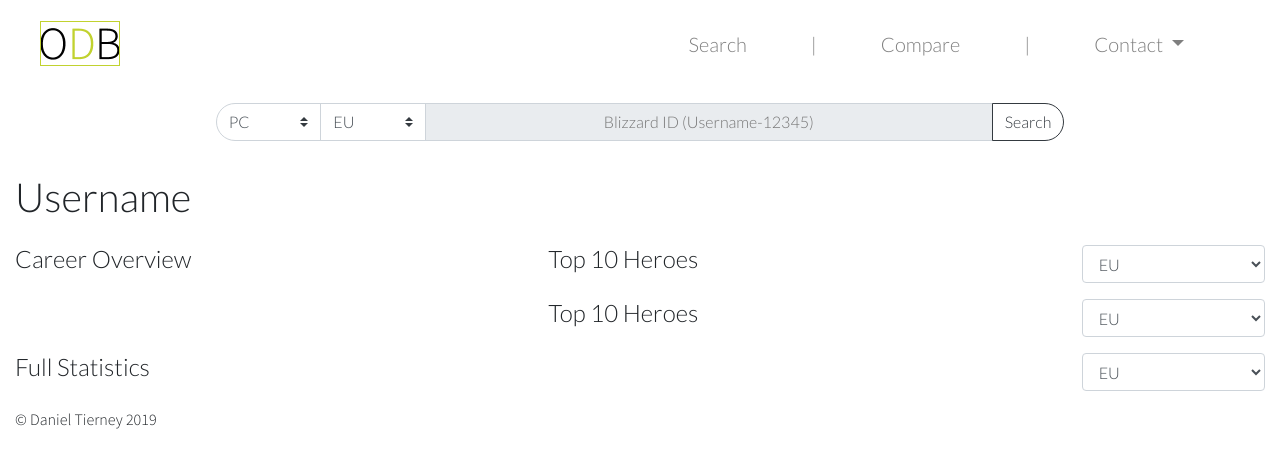
Repository: Cobonkoi/overwatch-dashboard
Page: search.html
The author's editor kept a record of every edit. The page is drawn from the files as they stood at one moment, then again after the next edit.
The browser window is 1280 px wide. The pictures show the whole page.

Above is the page before.

### search.html
<!DOCTYPE html>
<html lang="en">

<head>
    <meta charset="UTF-8">
    <meta name="viewport" content="width=device-width, initial-scale=1.0">
    <meta http-equiv="X-UA-Compatible" content="ie=edge">
    <title>Overwatch Dashboard</title>
    <link rel="stylesheet" href="libraries/bootstrap.min.css" type="text/css" />
    <link rel="stylesheet" href="https://stackpath.bootstrapcdn.com/font-awesome/4.7.0/css/font-awesome.min.css" type="text/css" />
    <link href="https://fonts.googleapis.com/css?family=Lato:300|Source+Sans+Pro:300&display=swap" rel="stylesheet">
    <link rel="stylesheet" href="assets/css/style.css" type="text/css" />
</head>

<body>
    <!-- NAVBAR -->
    <nav class="navbar navbar-expand-sm navbar-light my-2">
        <a href="index.html" class="navbar-brand ml-4"><img src="assets/images/brand-image.png" alt="Website Logo" width="80" height="45"></a>

        <button class="navbar-toggler ml-auto" type="button" data-toggle="collapse" data-target="#navbarNavDropdown" aria-controls="navbarNavDropdown" aria-expanded="false" aria-label="Toggle navigation">
            <span class="navbar-toggler-icon"></span></button>

        <div class="collapse navbar-collapse" id="navbarNavDropdown">
            <ul class="navbar-nav ml-auto mr-4">
                <li class="nav-item mr-5"><a class="nav-link" href="search.html">Search</a></li>
                <li class="mr-5 d-none d-sm-block"><a class="nav-link">|</a></li>
                <li class="nav-item mr-5"><a class="nav-link" href="compare.html">Compare</a></li>
                <li class="mr-5 d-none d-sm-block"><a class="nav-link">|</a></li>
                <li class="nav-item dropdown mr-5">
                    <a class="nav-link dropdown-toggle" href="" id="navbarDropdownMenuLink" role="button" data-toggle="dropdown" aria-haspopup="true" aria-expanded="false">
                      Contact
                    </a>
                    <div class="dropdown-menu" aria-labelledby="navbarDropdownMenuLink">
                        <a class="dropdown-item" href="featurerequest.html">Feature Request</a>
                        <a class="dropdown-item" href="bugreport.html">Bug Report</a>
                    </div>
                </li>
            </ul>
        </div>
    </nav>
    <!-- /NAVBAR -->

    <!-- SEARCH -->
    <div class="container search-container text-center d-none d-sm-block">
        <div class="row">
            <div class="col-12 my-3">
                <form class="form-inline" id="searchForm">
                    <div class="input-group mb-3 mx-auto">
                        <select class="custom-select rounded-left--search" id="searchFormPlatform" onchange="changeUsernamePlaceholder(); changeRegionHidden();">
                            <option disabled>Platform...</option>
                            <option value="pc">PC</option>
                            <option value="psn">PS4</option>
                            <option value="xbl">Xbox</option>
                        </select>
                        <select class="custom-select" id="searchFormRegion">
                            <option disabled>Region...</option>
                            <option value="eu">EU</option>
                            <option value="us">US</option>
                            <option value="asia">Asia</option>
                        </select>
                        <div class="input-group-append">
                            <input type="text" class="input-group-text" id="searchFormUsername" placeholder="Blizzard ID (Username-12345)" size="65" required>
                        </div>
                        <div class="input-group-append">
                            <button type="submit" class="btn btn-outline-dark rounded-right--search" form="searchForm">Search</button>                        </div>
                        </div>
                    </div>
                </form>
            </div>
        </div>
    </div>
    <!-- /SEARCH -->

        <!-- SEARCH-MOBILE -->
    <div class="container search-container text-center d-sm-none">
        <div class="row">
            <div class="col-12">
                <form class="form-group" id="searchFormMobile">
                    <div class="mb-3 mx-auto">
                        <select class="form-control my-4" id="searchFormPlatformMobile" onchange="changeUsernamePlaceholderMobile(); changeRegionHiddenMobile();">
                            <option disabled>Platform...</option>
                            <option value="pc">PC</option>
                            <option value="psn">PS4</option>
                            <option value="xbl">Xbox</option>
                        </select>
                        <select class="form-control my-4" id="searchFormRegionMobile">
                            <option disabled>Region...</option>
                            <option value="eu">EU</option>
                            <option value="us">US</option>
                            <option value="asia">Asia</option>
                        </select>
                        <div class="input-group-append my-4">
                            <input type="text" class="form-control" id="searchFormUsernameMobile" placeholder="Blizzard ID (Username-12345)" required>
                        </div>
                    </div>
                </form>
            </div>
        </div>
    </div>

    <div class="container-fluid text-center before-footer d-sm-none">
        <div class="row">
            <div class="col-12 mb-5">
                <button type="submit" class="btn btn-outline-dark btn-rounded btn--search" form="searchFormMobile">Search</button>
            </div>
        </div>
    </div>
    <!-- /SEARCH MOBILE -->

    <!-- HEADER -->
    <div class="container-fluid search-header-container">
        <div class="row">
            <div class="col-12 mb-3">
                <h1 class="" id="">Username</h1>
            </div>
        </div>
    </div>
    <!-- /HEADER -->

    <!-- CAREER OVERVIEW -->
    <div class="container-fluid career-overview-container">
        <div class="row">
            <div class="col-5 mb-3">
                <h4 class="" id="">Career Overview</h4>
            </div>
            <div class="col-5 mb-3">
                <h4 class="" id="">Top 10 Heroes</h4>
            </div>
            <div class="col-2 mb-3">
                <select class="form-control" id="">
                    <option disabled>Region...</option>
                    <option value="eu">EU</option>
                    <option value="us">US</option>
                    <option value="asia">Asia</option>
                </select>
            </div>
        </div>
        <div class="row">
            <div class="col-5 mb-3">
                <!-- overview table -->
            </div>
            <div class="col-5 mb-3">
                <h4 class="" id="">Top 10 Heroes</h4>
            </div>
            <div class="col-2 mb-3">
                <select class="form-control" id="">
                    <option disabled>Region...</option>
                    <option value="eu">EU</option>
                    <option value="us">US</option>
                    <option value="asia">Asia</option>
                </select>
            </div>
        </div>
    </div>
    <!-- /CAREER OVERVIEW -->

    <!-- FULL STATISTICS -->
    <div class="container-fluid search-header-container">
        <div class="row">
            <div class="col-10 mb-3">
                <h4 class="" id="">Full Statistics</h4>
            </div>
            <div class="col-2 mb-3">
                <select class="form-control" id="">
                    <option disabled>Region...</option>
                    <option value="eu">EU</option>
                    <option value="us">US</option>
                    <option value="asia">Asia</option>
                </select>
            </div>
        </div>
    </div>
    <!-- /FULL STATISTICS -->


    <!-- <div class="container-fluid">
        <div class="row">
            <div class="col-12">
                <div>Games: </div>
                <div id="stat-games"></div><br>
                <div>Test Usernames: <br> Zael-2375 (PC, EU)<br> Sharpy-2695 (PC, EU)<br> MLGesus-21679 (PC, EU)<br> LicensedCntrctr (Xbox, US)<br> Ignortion (PS4, US)<br> NekoGirlMx (PS4, Asia)<br> shon bilinkis (Xbox, Asia)</div>
            </div>
        </div>
    </div> /-->

    <!-- FOOTER -->
    <footer class="footer">
        <div class="container-fluid">
            <div class="row">
                <div class="col-12 text-left">
                    <p>© Daniel Tierney 2019</p>
                </div>
            </div>
        </div>
    </footer>
    <!-- /FOOTER -->

    <!-- SCRIPTS -->
    <script src="libraries/jquery.slim.min.js"></script>
    <script src="libraries/bootstrap.bundle.min.js"></script>
    <script src="assets/javascript/main.js"></script>
    <!-- /SCRIPTS -->

</body>
</html>

### assets/css/style.css
html,
body {
    height: 100%;
}

body {
    font-family: 'Lato', sans-serif;
    display: flex;
    flex-direction: column;
}

p {
    font-family: 'Source Sans Pro', sans-serif;
}

/* -- NAVBAR -- */

.navbar-nav {
    font-size: 1.25rem;
}

/* -- FOOTER -- */

.before-footer {
    flex: 1 0 auto;
}

.footer {
    flex-shrink: 0;
}

/* -- CONTAINERS -- */

.callout-container {
    height: 30vh;

    display: flex;
    align-items: flex-end;
    justify-content: center;
}

.reminder-container {
    align-items: center;
    justify-content: center;
}

.search-container {
    align-items: center;
    justify-content: center;
}

/* -- FORM ASSETS -- */



/* -- BUTTONS -- */

.btn--search {
    font-size: 1.1rem;
    border-radius: 10rem;
    width: 10rem;
}

/* -- HEADERS -- */

#indexTitle {
    font-size: 3.5rem;
}

/* ---- MEDIA QUERIES ---- */

@media (min-width: 768px) {

/* -- FORM ASSETS -- */
    .rounded-left--search {
        border-top-left-radius: 10rem;
        border-bottom-left-radius: 10rem;
    }

    .rounded-right--search {
        border-top-right-radius: 10rem;
        border-bottom-right-radius: 10rem;
    }
}

### assets/javascript/main.js
const baseURL = "https://ow-api.com/v1/stats/";


function getData(type, cb) {
    var xhr = new XMLHttpRequest();

    var platform = document.getElementById("search-form-platform").value;
    var region = document.getElementById("search-form-region").value;
    var username = document.getElementById("search-form-username").value;

    if (platform == "pc") {
        var profileUrl = baseURL + platform + "/" + region + "/" + username + "/complete";
    } else {
        var profileUrl = baseURL + platform + "/"  + username + "/complete";
    }

    xhr.onreadystatechange = function() {
        if (this.readyState == 4 && this.status == 200) {
            cb(JSON.parse(this.responseText));
        }
    };

    xhr.open("GET", profileUrl);
    xhr.send();
}

function writeToDocument(type) {
    getData(type, function(data) {
        console.dir(data);
        document.getElementById("stat-games").innerHTML = `Played ${data.competitiveStats.games.played} / Won ${data.competitiveStats.games.won}`;
    });
}

function changeUsernamePlaceholder() {
    if (document.getElementById("searchFormPlatform").value == "pc") {
        document.getElementById("searchFormUsername").placeholder = "Blizzard ID (Username-12345)";
    } else if (document.getElementById("searchFormPlatform").value == "xbl") {
        document.getElementById("searchFormUsername").placeholder = "Gamertag";
    } else if (document.getElementById("searchFormPlatform").value == "psn") {
        document.getElementById("searchFormUsername").placeholder = "PSN ID";
    }
}

function changeUsernamePlaceholderMobile() {
    if (document.getElementById("searchFormPlatformMobile").value == "pc") {
        document.getElementById("searchFormUsernameMobile").placeholder = "Blizzard ID (Username-12345)";
    } else if (document.getElementById("searchFormPlatformMobile").value == "xbl") {
        document.getElementById("searchFormUsernameMobile").placeholder = "Gamertag";
    } else if (document.getElementById("searchFormPlatformMobile").value == "psn") {
        document.getElementById("searchFormUsernameMobile").placeholder = "PSN ID";
    }
}

function changeRegionHidden() {
    if (document.getElementById("searchFormPlatform").value == "pc") {
        var regionDropdown = document.getElementById("searchFormRegion");
        regionDropdown.removeAttribute("hidden");
    } else if (document.getElementById("searchFormPlatform").value == "xbl") {
        var regionDropdown = document.getElementById("searchFormRegion");
        regionDropdown.setAttribute("hidden", true);
    } else if (document.getElementById("searchFormPlatform").value == "psn") {
        var regionDropdown = document.getElementById("searchFormRegion");
        regionDropdown.setAttribute("hidden", true);
    }
}

function changeRegionHiddenMobile() {
    if (document.getElementById("searchFormPlatformMobile").value == "pc") {
        var regionDropdownMobile = document.getElementById("searchFormRegionMobile");
        regionDropdownMobile.removeAttribute("hidden");
    } else if (document.getElementById("searchFormPlatformMobile").value == "xbl") {
        var regionDropdownMobile = document.getElementById("searchFormRegionMobile");
        regionDropdownMobile.setAttribute("hidden", true);
    } else if (document.getElementById("searchFormPlatformMobile").value == "psn") {
        var regionDropdownMobile = document.getElementById("searchFormRegionMobile");
        regionDropdownMobile.setAttribute("hidden", true);
    }
}

Loaded but not shown: libraries/bootstrap.min.css (library); libraries/jquery.slim.min.js (library); libraries/bootstrap.bundle.min.js (library)

After the next edit:
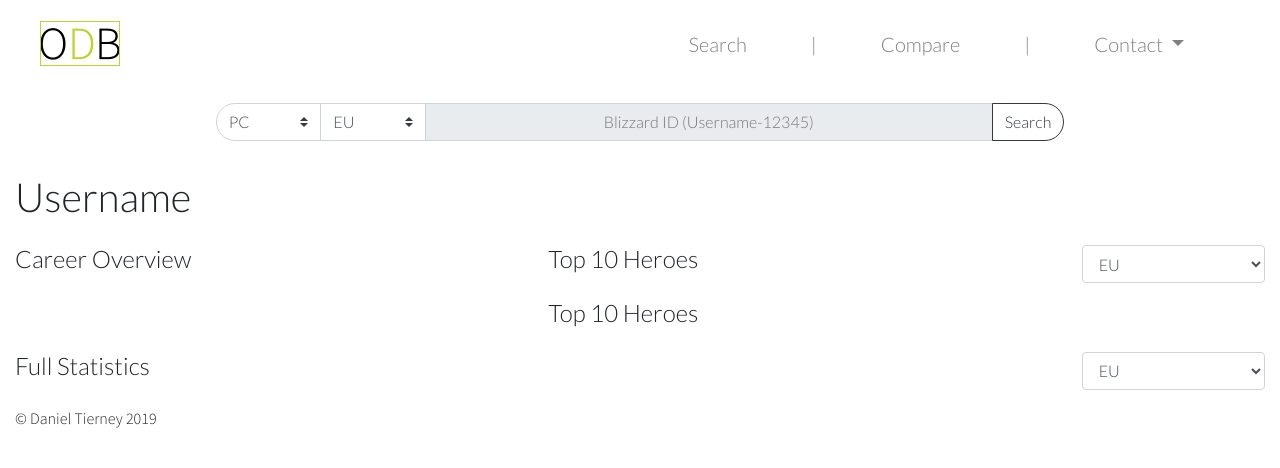
The edit:
--- a/search.html
+++ b/search.html
@@ -142,14 +142,6 @@
             <div class="col-5 mb-3">
                 <h4 class="" id="">Top 10 Heroes</h4>
             </div>
-            <div class="col-2 mb-3">
-                <select class="form-control" id="">
-                    <option disabled>Region...</option>
-                    <option value="eu">EU</option>
-                    <option value="us">US</option>
-                    <option value="asia">Asia</option>
-                </select>
-            </div>
         </div>
     </div>
     <!-- /CAREER OVERVIEW -->
